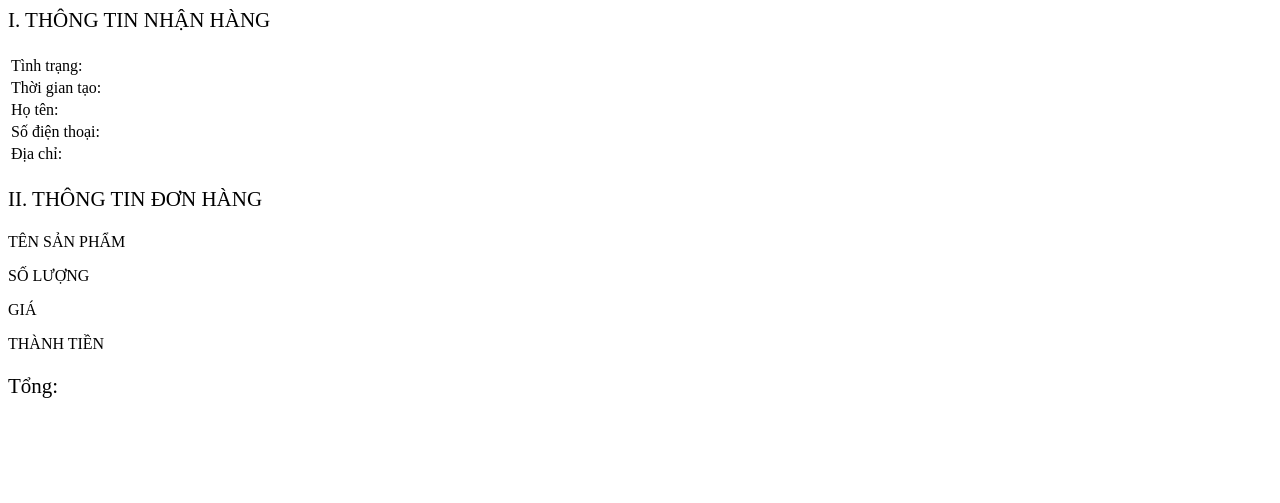
Repository: kienkiddo/BaiTapWebBanHang
Page: http://localhost/LapTrinhWebsite/home/view/bill.jsp
The author's editor kept a copy of each file at every save. The page is drawn from the files as they stood at one save, then again after the next save.
The browser window is 1280 px wide. The pictures show the whole page.
The page is served by Tomcat 9. Other server files are loaded and not shown.

Above is the page before, as saved 2022-05-12 06:16:34.

### LapTrinhWebsite/src/main/webapp/home/view/bill.jsp
<%@ page contentType="text/html; charset=UTF-8"%>
<%@ taglib prefix="c" uri="http://java.sun.com/jsp/jstl/core"%>
<%@ taglib prefix="fmt" uri="http://java.sun.com/jsp/jstl/fmt"%>
<div class="container">

	<div class="row mt-4">
		<div class="col">
			<p style="font-size: 21px">I. THÔNG TIN NHẬN HÀNG</p>
			<table>
				<tbody>
					<tr>
						<td>Tình trạng:</td>
						<td><c:if test="${history.status == -1}">
								<div class="badge badge-danger p-2">ĐÃ HỦY</div>
							</c:if> <c:if test="${history.status == 0}">
								<div class="badge badge-primary p-2">ĐANG THỰC HIỆN</div>
							</c:if> <c:if test="${history.status == 1}">
								<div class="badge badge-success p-2">ĐÃ THỰC HIỆN</div>
							</c:if></td>
					</tr>
					<tr>
						<td>Thời gian tạo:</td>
						<td class="font-weight-bold">${history.timecreat}</td>
					</tr>
					<tr>
						<td>Họ tên:</td>
						<td class="font-weight-bold">${history.name}</td>
					</tr>
					<tr>
						<td>Số điện thoại:</td>
						<td class="font-weight-bold">${history.phone}</td>
					</tr>
					<tr>
						<td>Địa chỉ:</td>
						<td class="font-weight-bold">${history.address}</td>
					</tr>
				</tbody>
			</table>
		</div>
	</div>
	<p style="font-size: 21px" class="mt-3">II. THÔNG TIN ĐƠN HÀNG</p>
	<div class="row">
		<div class="col-4 offset-2">
			<p>TÊN SẢN PHẨM</p>
		</div>
		<div class="col">
			<p>SỐ LƯỢNG</p>
		</div>
		<div class="col text-center">
			<p>GIÁ</p>
		</div>
		<div class="col text-center">
			<p>THÀNH TIỀN</p>
		</div>
	</div>
	<c:forEach items="${history.bills}" var="bill">
		<div class="row mt-4 mb-4">
			<div class="col-2">
				<img class="img-thumbnail"
					src="<c:url value='/upload'/>/${bill.item.thump}" alt=""
					style="width: 75%">
			</div>
			<div class="col-4">
				<p class="mb-1">
					<a href="<c:url value='/chi-tiet-san-pham'/>?id=${bill.item.id}"
						style="color: black" target="_blank">${bill.item.name}</a>
				</p>
				<p style="font-size: 11px">Mã sản phẩm: #${bill.item.id}</p>

			</div>
			<div class="col text-center">
				<div class="form-group">
					<p>${bill.quantity}</p>
				</div>
			</div>
			<div class="col text-center">
				<p>
					<fmt:formatNumber value="${bill.price}" type="currency" />
				</p>
			</div>
			<div class="col  text-center">
				<p class="font-weight-bold">
					<fmt:formatNumber value="${bill.price * bill.quantity}"
						type="currency" />
				</p>
			</div>
		</div>
		<hr>
	</c:forEach>
	<div class="row">
		<div class="col text-right">
			<p style="font-size: 21px;" class="font-weight-bold">
				Tổng:
				<fmt:formatNumber value="${history.price}" type="currency" />
			</p>
		</div>
	</div>
	<c:if test="${history.status == 0}">
		<div class="row">
			<div class="col">
				<button class="btn btn-danger btn-sm form-control font-weight-bold"
					onclick="fSetStatus(-1)">
					<span class="fas fa-trash"></span> HỦY
				</button>
			</div>
			<div class="col">
				<button class="btn btn-success btn-sm form-control font-weight-bold"
					onclick="fSetStatus(1)">
					<i class="fas fa-check-circle"></i> DUYỆT
				</button>
			</div>
		</div>
	</c:if>

</div>

### LapTrinhWebsite/src/main/java/commom/Security.java
package commom;

import java.math.BigInteger;
import java.security.MessageDigest;
import java.util.UUID;

import javax.servlet.http.Cookie;
import javax.servlet.http.HttpServletResponse;

import model.User;

public class Security {

	public static String getMd5(String s) {
		try {
			byte[] bytesOfMessage = s.getBytes("UTF-8");
			MessageDigest md = MessageDigest.getInstance("MD5");
			byte[] theMD5digest = md.digest(bytesOfMessage);
			BigInteger no = new BigInteger(1, theMD5digest);

			String hashtext = no.toString(16);
			while (hashtext.length() < 32) {
				hashtext = "0" + hashtext;
			}
			return hashtext;
		} catch (Exception e) {
			e.printStackTrace();
		}
		return "";
	}


	public static void setCookieLogin(String user, String pass, String hashkey, HttpServletResponse response) {
		Cookie cookie = new Cookie("email", user);
		cookie.setMaxAge(60 * 60 * 24 * 90);
		Cookie cookie2 = new Cookie("pass", pass);
		cookie2.setMaxAge(60 * 60 * 24 * 90);
		Cookie cookie3 = new Cookie("hashkey", hashkey);
		cookie3.setMaxAge(60 * 60 * 24 * 90);

		response.addCookie(cookie);
		response.addCookie(cookie2);
		response.addCookie(cookie3);
	}

	public static void deleteCookieLogin(HttpServletResponse response) {
		Cookie cookie = new Cookie("email", "");
		cookie.setMaxAge(0);
		Cookie cookie2 = new Cookie("pass", "");
		cookie2.setMaxAge(0);
		Cookie cookie3 = new Cookie("hashkey", "");
		cookie3.setMaxAge(0);

		response.addCookie(cookie);
		response.addCookie(cookie2);
		response.addCookie(cookie3);
	}

	public static String creatHashkey() {
		return UUID.randomUUID().toString();
	}


	public static void setHashkey(String hashkey, HttpServletResponse response) {
		Cookie cookie = new Cookie("hashkey", hashkey);
		cookie.setMaxAge(60 * 60 * 24 * 90);
		response.addCookie(cookie);
	}

	public static String getHashkey(Cookie[] cookies) {
		if (cookies == null) {
			return null;
		}
		for (int i = 0; i < cookies.length; i++) {
			String name = cookies[i].getName();
			String value = cookies[i].getValue();
			if (name.equals("hashkey")) {
				return value;
			}
		}
		return null;
	}

	public static void removeHashkey(HttpServletResponse response) {
		Cookie cookie = new Cookie("hashkey", "");
		cookie.setMaxAge(0);
		response.addCookie(cookie);
	}

}

After the next save:
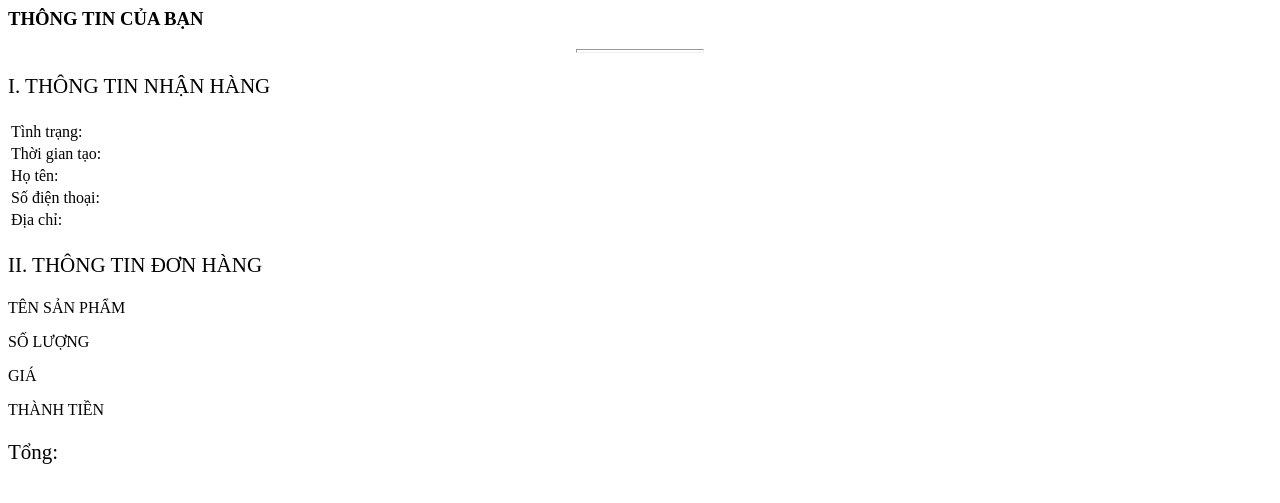
Saved 25 s later.
--- a/LapTrinhWebsite/src/main/webapp/home/view/bill.jsp
+++ b/LapTrinhWebsite/src/main/webapp/home/view/bill.jsp
@@ -2,7 +2,8 @@
 <%@ taglib prefix="c" uri="http://java.sun.com/jsp/jstl/core"%>
 <%@ taglib prefix="fmt" uri="http://java.sun.com/jsp/jstl/fmt"%>
 <div class="container">
-
+	<h3 class="text-center">THÔNG TIN CỦA BẠN</h3>
+	<hr style="width: 10%; height: 2px" class="color-main">
 	<div class="row mt-4">
 		<div class="col">
 			<p style="font-size: 21px">I. THÔNG TIN NHẬN HÀNG</p>
